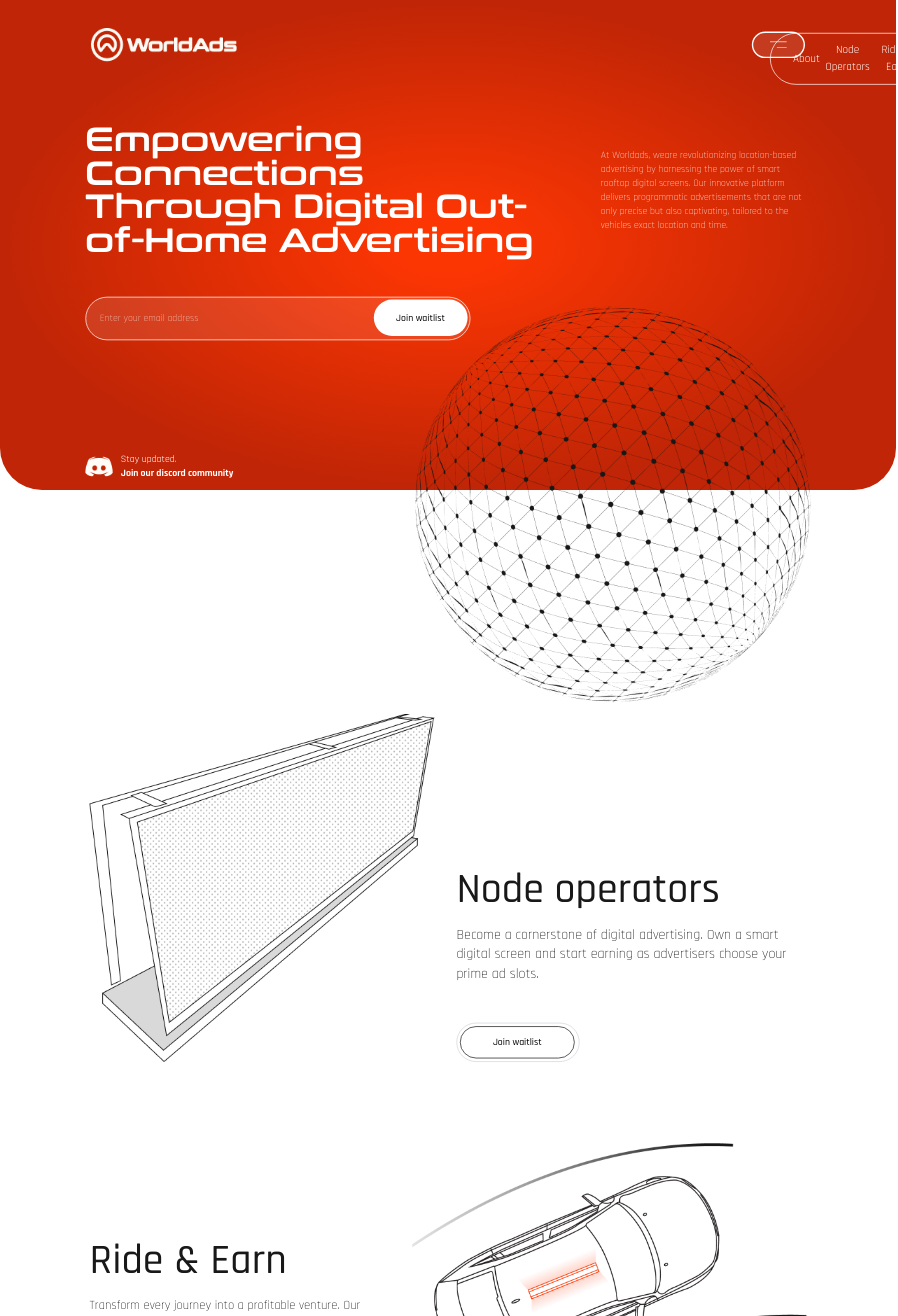
Repository: Abdul-Hannan232/worldAds
Page: /
These files come from the project's save history. The page is drawn as it stood at one moment and after a run of saves; the edit follows.
The browser window is 1280 px wide. The page is 1283 px wide, so the pictures cover 1283 px, including what lies to the right of the window. The pictures show the part of the page from y = 0 to 1880 px (the page is 3892 px tall), at 70% of full size.
The project was rebuilt for these pictures with package versions that can differ from the ones it lists, and the page was loaded fresh each time. The framework's server and built-in components were replaced by stand-ins that run in the browser. Also part of the build but not shown: next.config.mjs, app/component/NavContent.jsx.

Above is the page before, as saved 2024-05-08 17:55:56.

### app/page.tsx
import Image from "next/image";
import Header from "./component/Header"
import Main from "./component/Main";
import NavContent from "./component/NavContent";
import Advertise from "./component/advertise"
import Footer from "./component/footer"
export default function Home() {
  return (
    <>
      <div>
        <Header />
        <Main />
        <div className="lg:flex w-[80%] mt-80 mx-auto items-end justify-between">
          <div >
            <Image src="/Group 1.png" alt="Image" width={203} height={207} className="lg:w-[493px] lg:h-[497px] lg:mx-0 mx-auto " />
          </div>
          <div className="xl:w-[500px] md:w-[400px] lg:mt-0 mt-10 lg:mx-0 mx-auto">
            <h1 className="xl:text-6xl md:text-5xl text-3xl font-medium lg:text-start text-center text-[#181818]">Node operators</h1>
            <p className="xl:text-xl lg:text-sm text-md font-light lg:w-auto md:w-80  lg:text-sm md:text-md text-xs  lg:mx-0 mx-auto text-[#030303] lg:text-start text-center mt-5">Become a cornerstone of digital advertising. Own a smart digital screen and start earning as advertisers choose your prime ad slots.</p>
            <div className="border border-gray-300 xl:mt-14 mt-10 rounded-full lg:mx-0 mx-auto  xl:w-44 w-36 ">
              <button className="text-center text-sm border xl:p-3 md:p-3 p-2 rounded-full  xl:w-[164px] w-[133px] font-medium m-1 border-[#181818]">Join waitlist</button>
            </div>
          </div>
        </div>
        <div className="flex lg:flex-row flex-col-reverse  w-[80%] mt-20 mx-auto items-end justify-between">
          <div className="xl:w-[410px] md:w-[400px] lg:mt-0 mt-10 lg:mx-0 mx-auto">
            <h1 className="xl:text-6xl md:text-5xl text-3xl font-medium lg:text-start text-center text-[#181818]">Ride & Earn</h1>
            <p className="xl:text-lg lg:w-auto md:w-80  lg:text-sm md:text-md text-xs font-light lg:w-auto  lg:mx-0 mx-auto text-[#030303] lg:text-start text-center mt-5">Transform every journey into a profitable venture. Our Smart Rooftop Digital Screens turn miles into money, making every trip count.</p>
            <div className="border border-gray-300 xl:mt-14 mt-10 rounded-full lg:mx-0 mx-auto  xl:w-44 w-36 ">
              <button className="text-center text-sm border xl:p-3 md:p-3 p-2 rounded-full  xl:w-[164px] w-[133px] font-medium m-1 border-[#181818]">Join waitlist</button>
            </div>
          </div>
          <div >
            <Image src="/GroupCroped.png" alt="Image" width={453} height={357} className="lg:w-[563.48px] lg:h-[450.27px] lg:mx-0 mx-auto " />
          </div>
        </div>
      <Advertise/>
      <Footer/>
      </div>
    </>
  );
}

### app/globals.css
@import url('https://fonts.googleapis.com/css2?family=Exo+2:ital,wght@0,100..900;1,100..900&family=Rajdhani:wght@300;400;500;600;700&display=swap');

@tailwind base;
@tailwind components;
@tailwind utilities;
*{
  font-family: "Rajdhani", sans-serif;
  font-weight: 400;
  font-style: normal;
}
.background{
  background-image: url("/background.png");
  background-position: center;
  background-repeat: no-repeat;
  background-size: cover;

}
:root {
  --foreground-rgb: 0, 0, 0;
  --background-start-rgb: 214, 219, 220;
  --background-end-rgb: 255, 255, 255;
}

@media (prefers-color-scheme: dark) {
  :root {
    --foreground-rgb: 255, 255, 255;
    --background-start-rgb: 0, 0, 0;
    --background-end-rgb: 0, 0, 0;
  }
}

/* body {
  color: rgb(var(--foreground-rgb));
  background: linear-gradient(
      to bottom,
      transparent,
      rgb(var(--background-end-rgb))
    )
    rgb(var(--background-start-rgb));
} */

@layer utilities {
  .text-balance {
    text-wrap: balance;
  }
}

@font-face {
  font-family: 'font1';
  src: url('/assets/fonts/conthrax-sb.otf');
}

.font1{
  font-family: "font1" !important;
}

*{
  box-sizing: border-box !important
}

.gradient-color{
  background: radial-gradient(50% 50% at 50% 50%, #FC3603 11%, #BF2506 100%) !important;

}

### app/component/Header.jsx
"use client"

import React, { useState, useEffect } from 'react';
import NavContent from './NavContent';
import { RxCross2 } from "react-icons/rx";
import Link from "next/link"
const Header = () => {
    const [isDrawerOpen, setIsDrawerOpen] = useState(false);
    const [isHeaderFixed, setIsHeaderFixed] = useState(false);

    const handleDrawerToggle = () => {
        setIsDrawerOpen(!isDrawerOpen);
        console.log('Drawer open state:', isDrawerOpen);
    };

    useEffect(() => {
        const handleScroll = () => {
            const scrollPosition = window.scrollY;

            if (scrollPosition > 10) {
                setIsHeaderFixed(true);
            } else {
                setIsHeaderFixed(false);
            }
        };

        window.addEventListener('scroll', handleScroll);

        return () => {
            window.removeEventListener('scroll', handleScroll);
        };
    }, []);

    return (
        <div className={`fixed w-full lg:p-10 py-10 z-40 ${isHeaderFixed ? 'bg-red-600' : 'bg-transparent'}`}>
            <div className={`w-[85%] mx-auto flex justify-between items-center bg-transparent`}>
                <img src="./assets/images/logo.png" alt="Logo" className='lg:w-52 lg:h-12 w-36 h-8' />

                <button
                    className="relative bg-[#FFFFFF1A] border-2 border-white lg:px-6 lg:py-3 px-3 py-1 hover:border rounded-[100px]"
                    type="button"
                    onClick={handleDrawerToggle}
                >
                    <div className=' absolute top-0 border border-white rounded-full p-3 w-96'>
                        <ul className='px-5 flex items-center text-white justify-between'>
                            <li><Link href="#">About</Link></li>
                            <li><Link href="#">Node Operators</Link></li>
                            <li><Link href="#">Ride & Earn</Link></li>
                            <li><Link href="#">Advertise With WorldAds</Link></li>
                            <li><RxCross2 /></li>
                        </ul>
                    </div>
                    <img src="./assets/images/bars.svg" alt="Menu" className='w-6' />
                </button>
            </div>
        </div>
    );
};

export default Header;

### app/component/Main.jsx
import React from 'react'

const Main = () => {
    return (
        <>
            <div className='gradient-color h-[700px] w-full rounded-b-[60px] lg:pt-40 pt-24 px-5  sm:px-16 pb-14 relative  '>
                <div className="lg:w-[90%] w-[95%] mx-auto">


                    <div className="lg:flex lg:items-center justify-between ">

                        <div className="my-4">
                            <h1 className="lg:text-5xl text-2xl  lg:w-[650px] lg:text-start text-center text-white font1 ">Empowering Connections Through Digital Out-of-Home Advertising</h1>



                        </div>

                        <div className='my-4'>

                            <p className='text-white text-left font-light lg:text-sm text-xs lg:text-start text-center lg:w-[300px]'>At Worldads, weare revolutionizing location-based advertising by harnessing the power of smart rooftop digital screens. Our innovative platform delivers programmatic advertisements that are not only precise but also captivating, tailored to the vehicles exact location and time.</p>
                        </div>
                    </div>

                    <div class="relative lg:w-[550px]  rounded-[100px] mt-10">

                        <input type="text" id="default-search" className="block w-full lg:p-5 p-3  -10 lg:text-sm text-xs text-gray-900 bg-[#FFFFFF1A] border border-white focus:ring-white focus:border-white rounded-[100px] placeholder:text-[#FFFFFF80] " placeholder="Enter your email address" required />
                        <button type="submit" className=" absolute end-1 top-1 font-bold bg-white hover:bg-white-800 focus:ring-4 font-bold focus:outline-none focus:ring-none font-medium rounded-[100px] lg:text-sm text-xs lg:px-8 px-5 lg:py-4 py-2">Join waitlist</button>
                    </div>

                 <div className='relative'>

                    <div className="flex items-center gap-3 lg:mt-40 mt-5 lg:justify-start justify-center ">
                            <img src="./assets/images/discord.png" />
                            <div>
                                <p className="text-white text-sm">Stay updated.</p>
                                <p className="text-white font-bold text-sm">Join our discord community</p>
                            </div>
                        </div>
                        <img src="./assets/images/Vector(Black).png" className="text-white absolute  lg:-top-52 right-0 top-14" />

                    </div>
                </div>
            </div>
        </>
    )
}

export default Main

### app/component/advertise.jsx
import Image from "next/image";

export default  function Advertise (){
    return(
        <>
          <div className="xl:pl-32 2xl:pl-40  lg:flex lg:mt-48 mt-32 w-full background gap-24">
          <div className="-mt-14">
            <Image src="/Group 25.png" alt="image" width={226} height={426}  className="lg:w-[526px] lg:h-[726px] 2xl:w-[650px] 2xl:h-[926px]  lg:mx-0 mx-auto"/>
          </div>
          <div className="lg:w-[60%] w-[90%] lg:mx-0 mx-auto lg:mt-40 mt-10">
            <h1 className="xl:text-6xl text-5xl 2xl:text-8xl lg:text-start text-center font-medium text-[#181818]">Advertise with</h1>
            <h1 className="xl:text-6xl text-5xl 2xl:text-8xl lg:text-start text-center font-medium text-[#FC3603]">WorldAds</h1>
            <p className="xl:text-xl lg:text-lg text-sm 2xl:text-2xl lg:w-[400px] 2xl:w-[600px] mt-4 lg:text-start text-center text-[#030303]">Seize the spotlight in bustling areas with high-traffic visibility. Make your brand the center of attention with</p>
            <div className="flex items-center lg:justify-start justify-center w-full gap-5  mt-10">
              <h1 className="xl:text-4xl lg:text-3xl lg:text-start text-center  text-2xl 2xl:text-6xl xl:w-[70%] lg:w-[60%]  2xl:w-[90%] font-medium text-[#030303]">Precision Targeting</h1>
              <hr className="border w-full lg:block hidden  border-[#FC3603]" />
            </div>
            <p className="lg:text-xl text-sm 2xl:text-2xl lg:w-80 lg:text-start w-40 lg:mx-0 mx-auto text-center mt-5"> Reach your ideal audience at the right time and place.</p>
            <hr className="border lg:border-[#7E7E7E33]  border-[#FC3603] lg:w-80 w-60 lg:mx-0 mx-auto my-5" />
            <div className="flex items-center lg:justify-start justify-center gap-5 w-full mt-10">
              <h1 className="xl:text-4xl lg:text-3xl  text-2xl  2xl:text-6xl font-medium lg:text-start text-center  xl:w-[50%] lg:w-[45%] 2xl:w-[60%] text-[#030303]">Dynamic HD Quality Ads</h1>
              <hr className="border  w-[370px] lg:block hidden 2xl:w-[400px] border-[#FC3603]" />
            </div>
            <p className="lg:text-xl text-sm 2xl:text-2xl lg:w-80 w-52 lg:mx-0 mx-auto  lg:text-start text-center mt-5">Captivate viewers with stunning, crystal-clear advertisements.</p>
            <hr className="border lg:border-[#7E7E7E33]  border-[#FC3603] lg:w-80 w-60 lg:mx-0 mx-auto my-5" />
            <div className="flex items-center lg:justify-start justify-center w-full mt-10">
              <h1 className="xl:text-4xl lg:text-3xl  text-2xl  2xl:text-6xl font-medium lg:text-start text-center  xl:w-[80%] lg:w-[60%] 2xl:w-full text-[#030303]">Scalable Geofenced Campaigns</h1>
              <hr className="border  w-full lg:block hidden border-[#FC3603]" />
            </div>
            <p className="lg:text-xl text-sm 2xl:text-2xl  lg:text-start text-center  w-40 lg:mx-0 mx-auto   lg:w-96 mt-5">  Customize and scale your campaigns with precision.</p>
            <hr className="border lg:border-[#7E7E7E33]  border-[#FC3603] lg:w-80 w-60 lg:mx-0 mx-auto my-5" />
            <div className="border border-gray-300 xl:mt-14 mt-10 rounded-full lg:mx-0 mx-auto  xl:w-44 w-36 ">
              <button className="text-center text-sm border xl:p-3 md:p-3 p-2 rounded-full  xl:w-[164px] w-[133px] font-medium m-1 border-[#181818]">Join waitlist</button>
            </div>
          </div>

        </div>
        </>
    )
}

### app/component/footer.jsx
import Image from "next/image"
export default function Footer() {
    return (
        <div className="bg-[#181818] ] w-full mt-20 lg:py-12 pt-12 lg:p-4">
            <div className="lg:w-[80%] w-[90%] lg:flex items-center justify-between mx-auto py-12" >
                <div>
                    <h1 className="lg:text-5xl text-3xl  lg:w-[500px] w-[250px] lg:mx-0 mx-auto font-medium lg:text-start text-center text-white">Innovating Digital Advertising</h1>
                </div>
                <div className="lg:flex text-white lg:mt-0 mt-10 items-center gap-10">
                    <div>
                        <ul className="text-lg lg:text-start text-center space-y-3">
                            <li>Blog</li>
                            <li>Contact Us</li>
                        </ul>
                    </div>
                    <div>
                        <ul className="text-lg lg:mt-0 mt-3 lg:text-start text-center space-y-3">
                            <li>Privacy Policy</li>
                            <li>Terms Of Service</li>
                        </ul>
                    </div>
                </div>
            </div>
            <div className="text-white relative mx-auto mt-5 lg:w-[80%]">
                <div className="flex items-center gap-1 w-40 lg:w-[80%] lg:mx-0 mx-auto">
                    <Image src="/Group.png" alt="logo" width={37.49} height={37.49}  className="lo "/>
                    <h1 className="text-2xl font-meidum">WorldsAds</h1>
                </div>
                <div className="flex items-center lg:justify-start w-[90%] lg:mx-0 mx-auto lg:w-[80%] justify-center mt-5 gap-10">
                    <p className="lg:text-sm text-[12px] lg:text-start text-center  font-light ">©2024 WorldAds Tech DAO LLC. All Right Reserved </p>
                    <hr className="border lg:block hidden border-[#707070] w-96" />
                </div>
                <Image src="/FooterImage.png" alt="vector" width={231.11} height={231.11} className="absolute lg:-top-16 lg:block hidden z-20 lg:-right-36 "/>
                <Image src="/FooterImage (1).png" alt="vector" width={551.11} height={451.11} className=" lg:hidden block mt-10 "/>

            </div>
        </div>
    )
}

Loaded but not shown: app/layout.tsx (common file); tailwind.config.ts (common file)

After the next 2 saves:
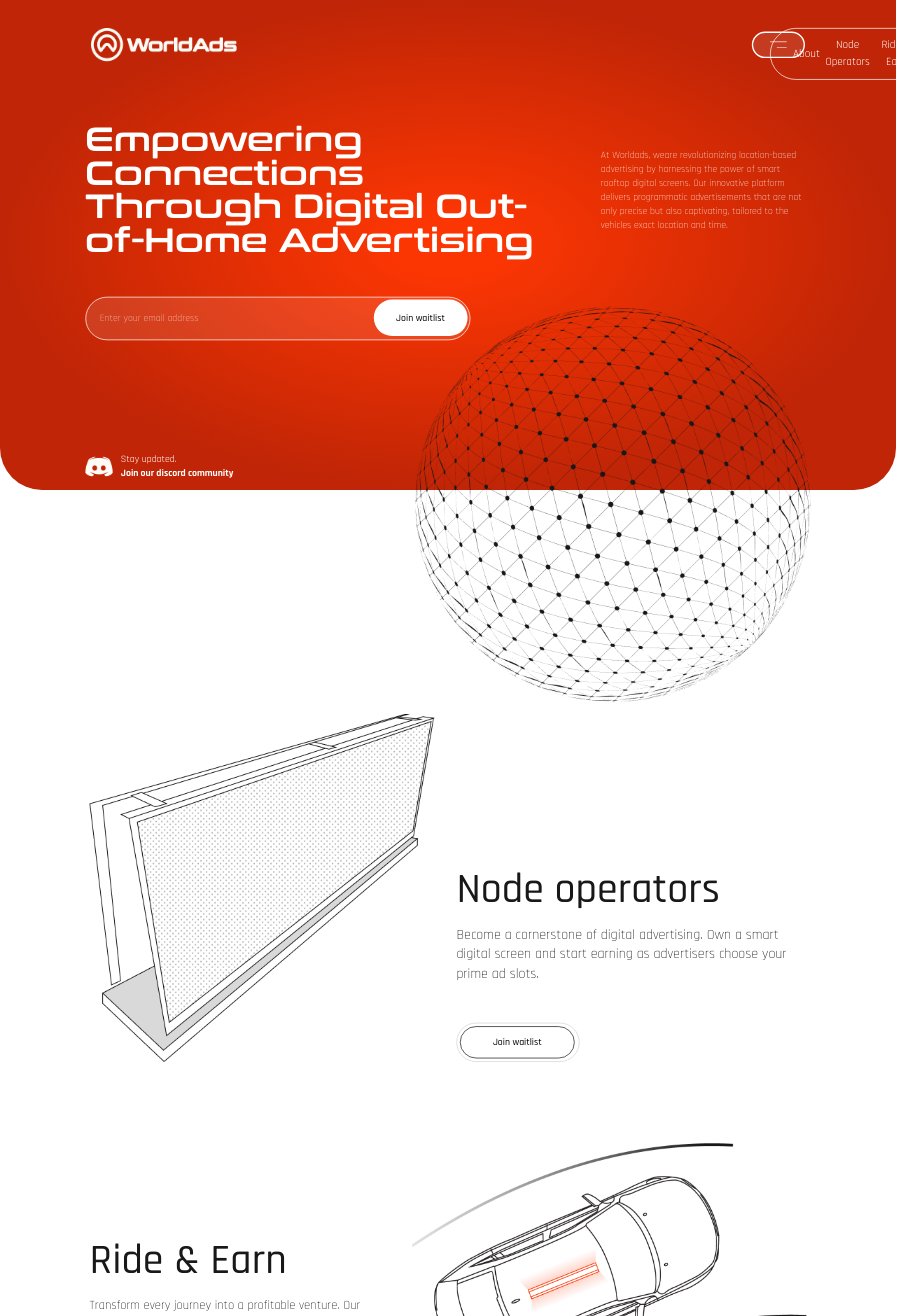
The 2 saves are shown as one change because they came seconds apart.
The last was saved 47 s later.
--- a/app/component/Header.jsx
+++ b/app/component/Header.jsx
@@ -33,11 +33,11 @@
 
     return (
         <div className={`fixed w-full lg:p-10 py-10 z-40 ${isHeaderFixed ? 'bg-red-600' : 'bg-transparent'}`}>
-            <div className={`w-[85%] mx-auto flex justify-between items-center bg-transparent`}>
+            <div className={`relative w-[85%] mx-auto flex justify-between items-center bg-transparent`}>
                 <img src="./assets/images/logo.png" alt="Logo" className='lg:w-52 lg:h-12 w-36 h-8' />
 
                 <button
-                    className="relative bg-[#FFFFFF1A] border-2 border-white lg:px-6 lg:py-3 px-3 py-1 hover:border rounded-[100px]"
+                    className=" bg-[#FFFFFF1A] border-2 border-white lg:px-6 lg:py-3 px-3 py-1 hover:border rounded-[100px]"
                     type="button"
                     onClick={handleDrawerToggle}
                 >
